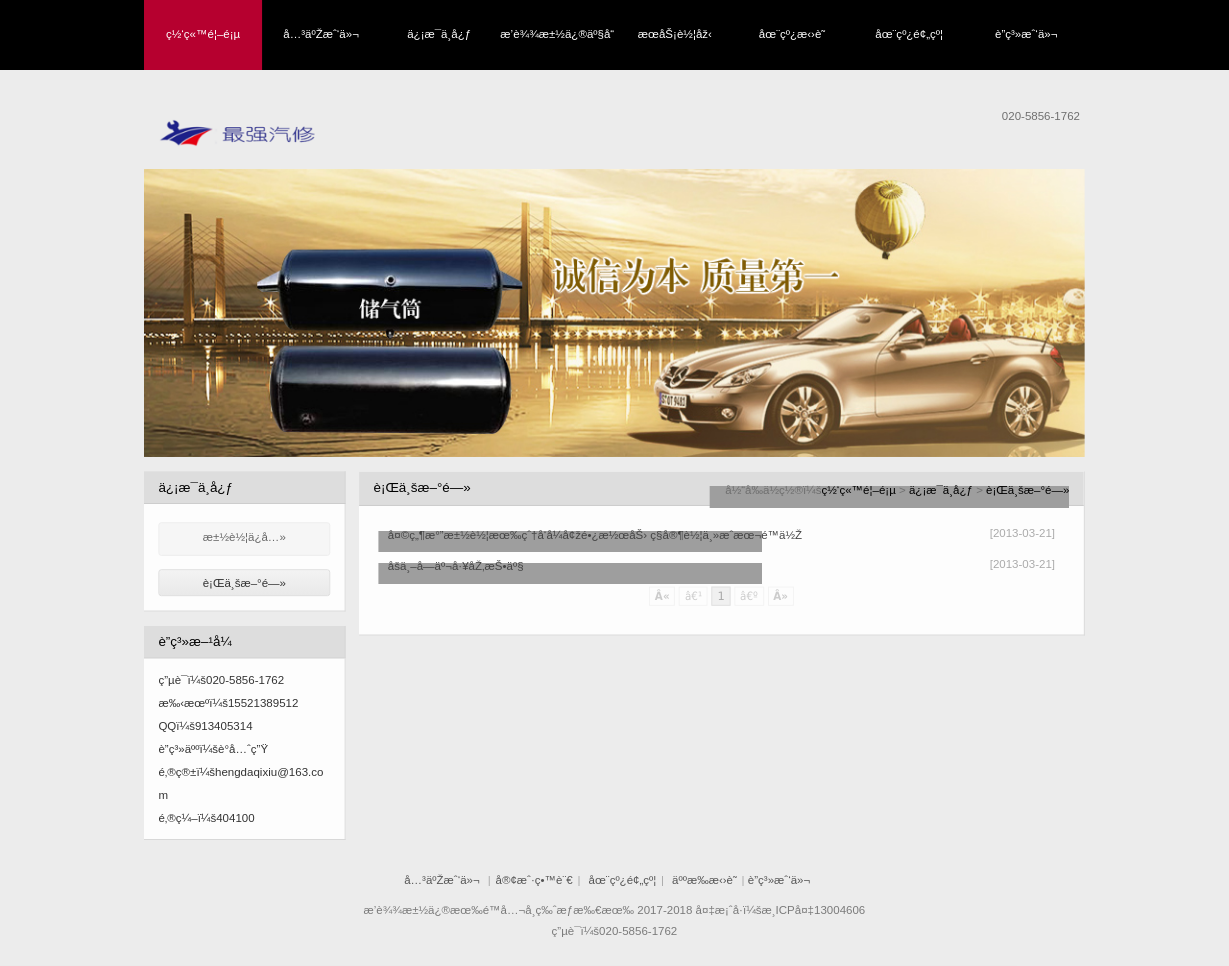
Repository: liaojingrui01/CarRepair
Page: http://localhost/CarWebPro/carOfficial/news_IndustryNews.jsp
An editor plug-in stored every save of this project. The page is shown before and after the next save, followed by the edit.
The browser window is 1280 px wide. The pictures show the whole page, at 96% of full size.
Pictures or frames that could not be fetched are drawn as grey boxes. The page is served by Tomcat 9.

Above is the page before, as saved 2019-07-04 01:21:23.

After the next save:
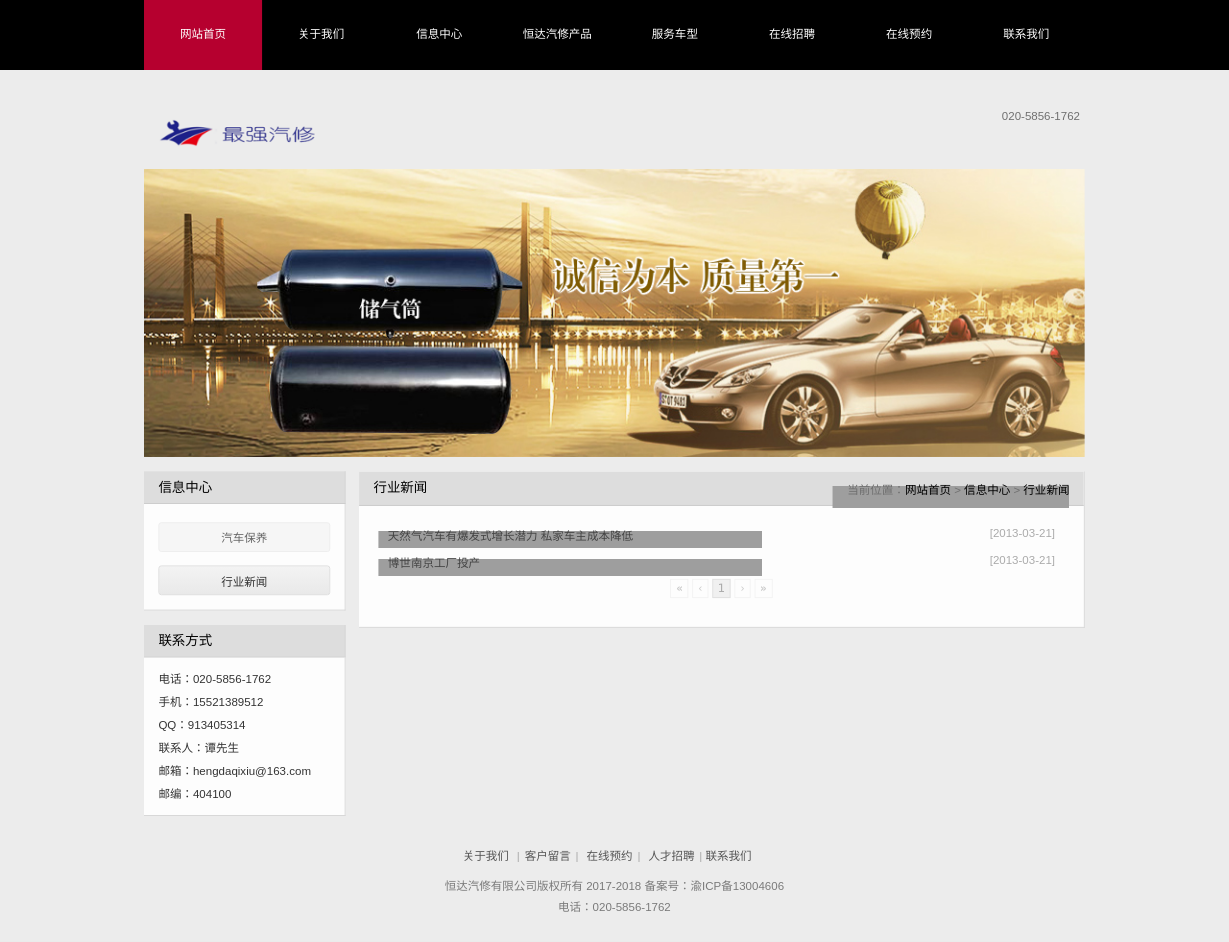
Saved 6 min 6 s later.
--- a/CarWebPro/WebContent/carOfficial/news_IndustryNews.jsp
+++ b/CarWebPro/WebContent/carOfficial/news_IndustryNews.jsp
@@ -1,5 +1,5 @@
-<%@ page language="java" contentType="text/html; charset=ISO-8859-1"
-    pageEncoding="ISO-8859-1"%>
+<%@ page language="java" contentType="text/html; charset=utf-8"
+    pageEncoding="utf-8"%>
 <!DOCTYPE HTML>
 <html>
 
